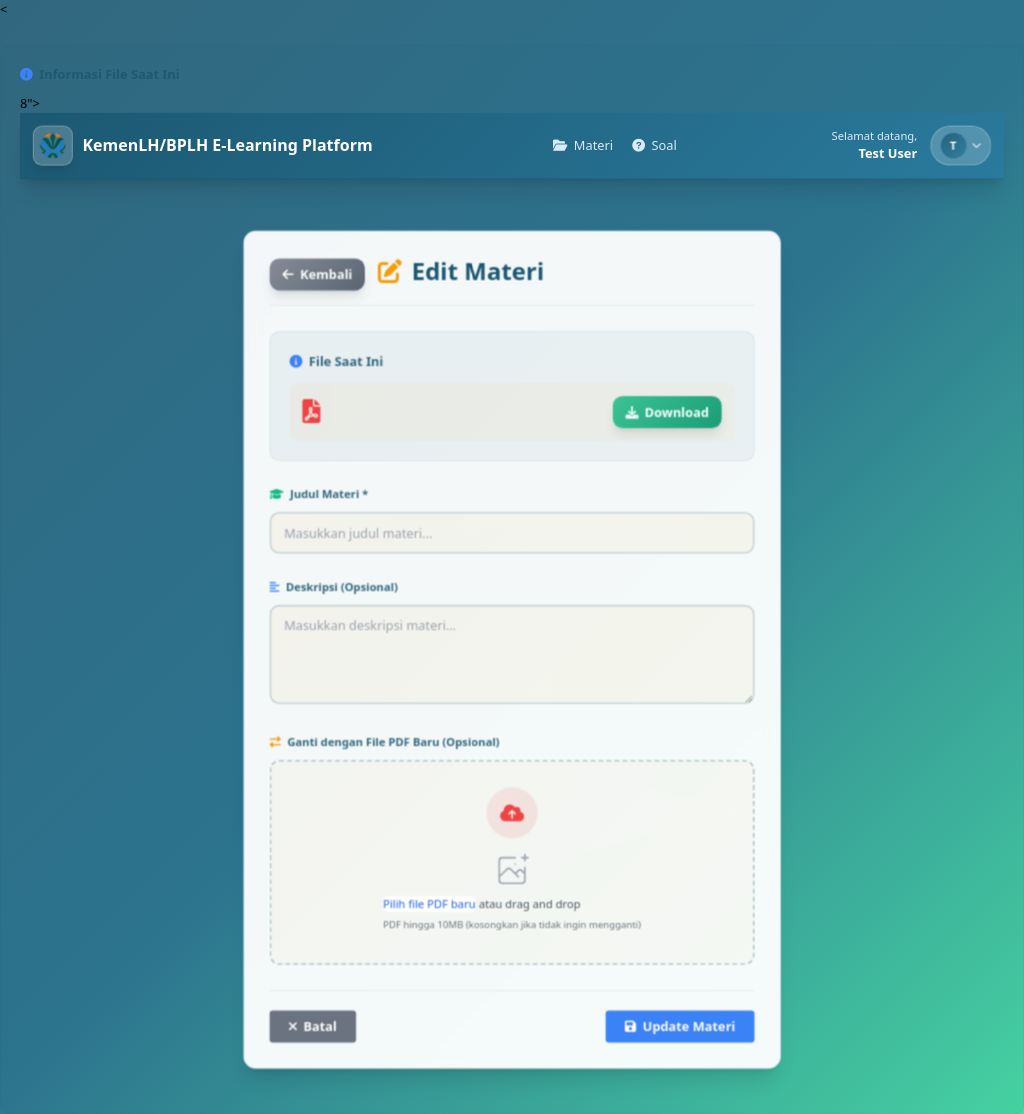
Repository: Autofat/LMS-MOOC
Page: resources/views/materials/edit.blade.php
An editor plug-in stored every save of this project. The page is shown before and after the next save, followed by the edit.
The browser window is 1280 px wide. The pictures show the whole page, at 80% of full size.
Some web libraries are served in a nearby version. The page is served by the project's Laravel application, run on PHP 8.4 with Laravel 12. A made-up administrator, Test User (test@example.com), is signed in. The template is opened directly, without the code that normally fills it, so the values that code supplies are empty.

Above is the page before, as saved 2025-08-01 13:45:45.

After the next save:
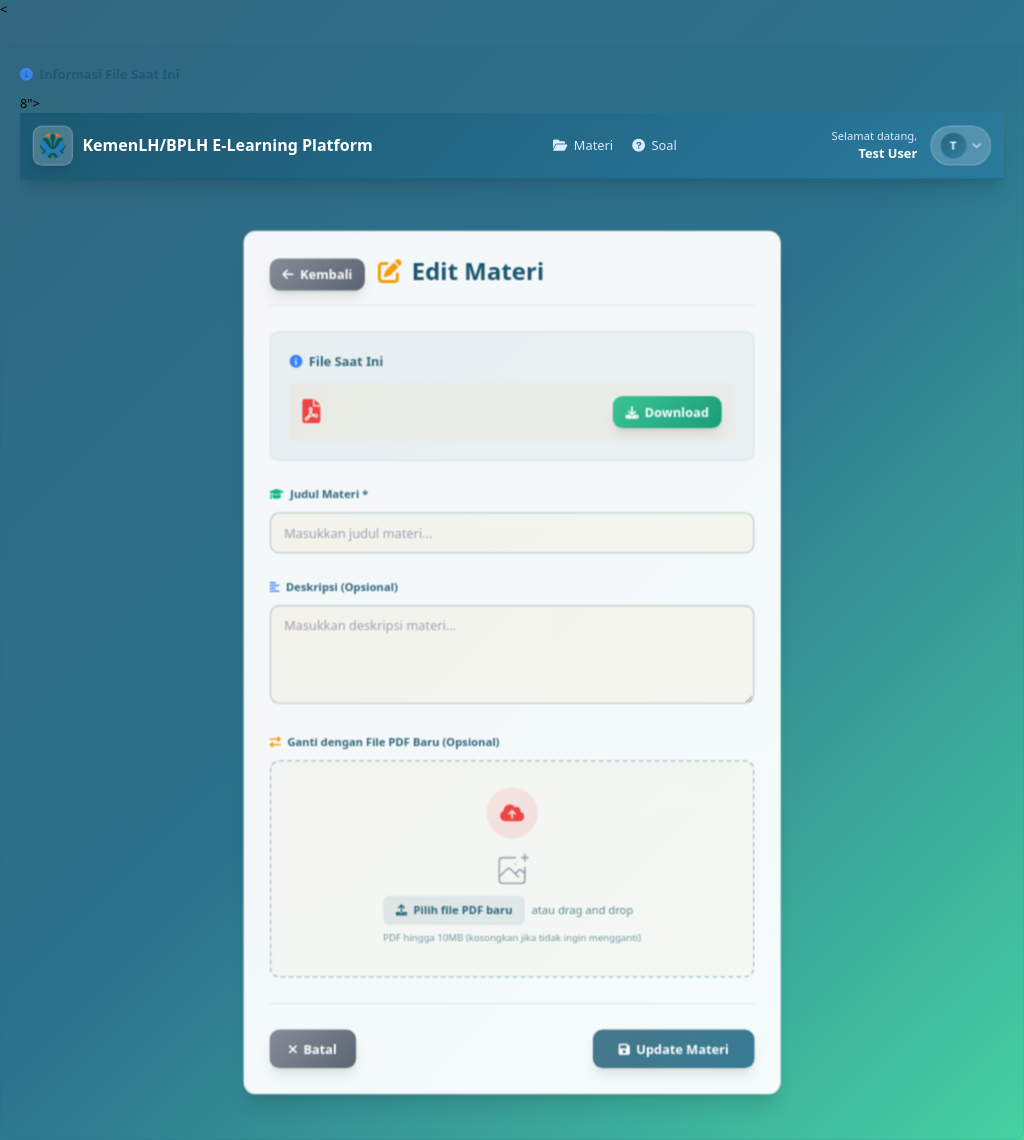
Saved 26 s later.
--- a/resources/views/materials/edit.blade.php
+++ b/resources/views/materials/edit.blade.php
@@ -151,28 +151,32 @@
                                 <svg class="mx-auto h-12 w-12 text-gray-400" stroke="currentColor" fill="none" viewBox="0 0 48 48">
                                     <path d="M28 8H12a4 4 0 00-4 4v20m32-12v8m0 0v8a4 4 0 01-4 4H12a4 4 0 01-4-4v-4m32-4l-3.172-3.172a4 4 0 00-5.656 0L28 28M8 32l9.172-9.172a4 4 0 015.656 0L28 28m0 0l4 4m4-24h8m-4-4v8m-12 4h.02" stroke-width="2" stroke-linecap="round" stroke-linejoin="round" />
                                 </svg>
-                                <div class="flex text-sm text-gray-600">
-                                    <label for="pdf_file" class="relative cursor-pointer bg-white rounded-md font-medium text-blue-600 hover:text-blue-500 focus-within:outline-none focus-within:ring-2 focus-within:ring-offset-2 focus-within:ring-blue-500">
-                                        <span>Pilih file PDF baru</span>
+                                <div class="flex text-sm" style="color: rgba(28,88,113,0.7);">
+                                    <label for="pdf_file"
+                                        class="relative cursor-pointer rounded-lg font-semibold px-4 py-2 transition-all hover:shadow-md"
+                                        style="background: linear-gradient(135deg, rgba(28,88,113,0.1) 0%, rgba(34,108,137,0.1) 100%); color: rgba(28,88,113,0.9);">
+                                        <span><i class="fas fa-upload mr-2"></i>Pilih file PDF baru</span>
                                         <input id="pdf_file" name="pdf_file" type="file" class="sr-only" accept=".pdf" onchange="validateAndShowFile(this)">
                                     </label>
-                                    <p class="pl-1">atau drag and drop</p>
+                                    <p class="pl-2 self-center">atau drag and drop</p>
                                 </div>
-                                <p class="text-xs text-gray-500">PDF hingga 10MB (kosongkan jika tidak ingin mengganti)</p>
-                                <p id="file-name" class="text-sm text-green-700 font-medium"></p>
-                                <p id="file-error" class="text-sm text-red-600 font-medium hidden"></p>
+                                <p class="text-xs" style="color: rgba(28,88,113,0.6);">PDF hingga 10MB (kosongkan jika tidak ingin mengganti)</p>
+                                <p id="file-name" class="text-sm font-medium text-emerald-600"></p>
+                                <p id="file-error" class="text-sm font-medium text-red-600 hidden"></p>
                             </div>
                         </div>
                     </div>
 
                     <!-- Submit Buttons -->
-                    <div class="flex justify-between items-center pt-6 border-t">
+                    <div class="flex justify-between items-center pt-8 border-t" style="border-color: rgba(28,88,113,0.1);">
                         <a href="{{ route('materials.show', $material->id) }}"
-                            class="bg-gray-500 hover:bg-gray-600 text-white font-bold py-2 px-6 rounded transition-colors">
+                            class="inline-flex items-center px-6 py-3 rounded-xl font-semibold transition-all duration-200 shadow-lg hover:shadow-xl transform hover:scale-105"
+                            style="background: linear-gradient(135deg, rgba(107,114,128,0.8) 0%, rgba(75,85,99,0.9) 100%); color: white;">
                             <i class="fas fa-times mr-2"></i>Batal
                         </a>
                         <button type="submit" onclick="console.log('Form submitted with file:', document.getElementById('pdf_file').files[0]?.name || 'No file selected')"
-                            class="bg-blue-500 hover:bg-blue-600 text-white font-bold py-2 px-6 rounded transition-colors">
+                            class="inline-flex items-center px-8 py-3 rounded-xl font-semibold transition-all duration-200 shadow-lg hover:shadow-xl transform hover:scale-105"
+                            style="background: linear-gradient(135deg, rgba(28,88,113,0.8) 0%, rgba(34,108,137,0.9) 100%); color: white;">
                             <i class="fas fa-save mr-2"></i>Update Materi
                         </button>
                     </div>
